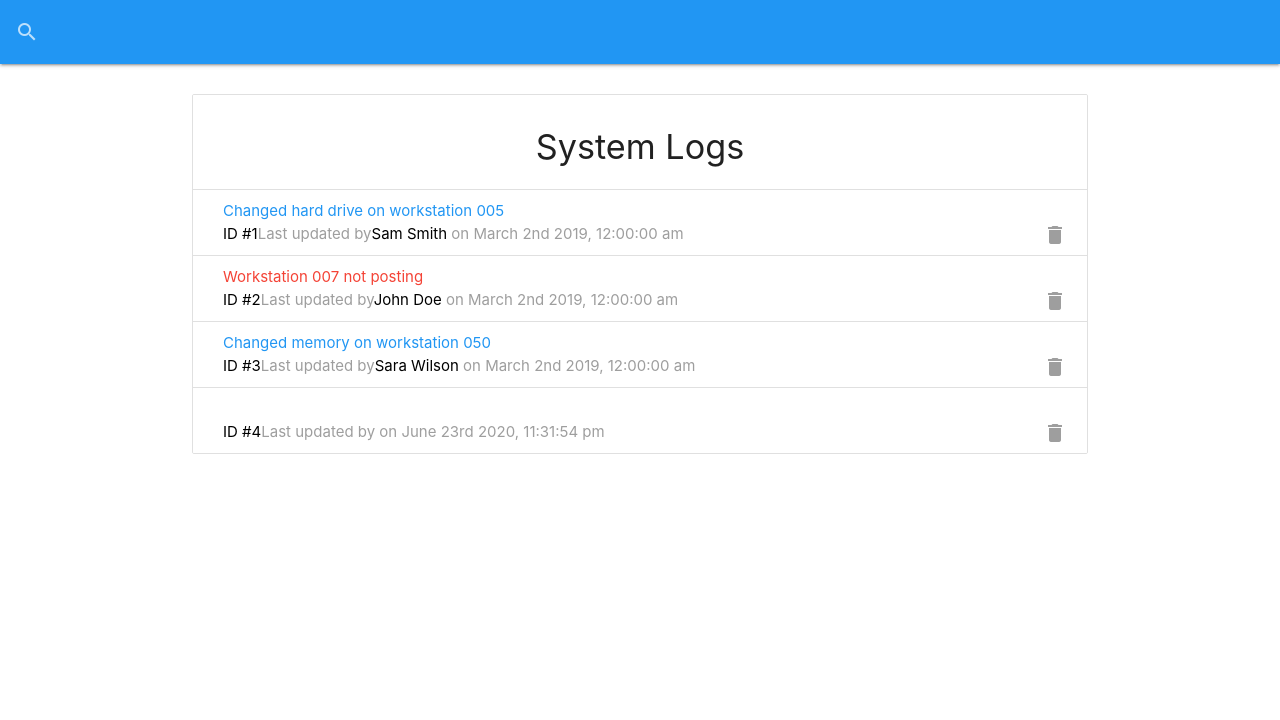
Repository: Takudzwa413/it-logger
Page: /
The author's editor kept a copy of each file at every save. The page is drawn from the files as they stood at one save, then again after the next save.
The browser window is 1280 px wide. The pictures show the whole page.
The project was rebuilt for these pictures with package versions that can differ from the ones it lists, and the page was loaded fresh each time. Requests to the local data server were answered from the project's data file.

Above is the page before, as saved 2020-06-24 14:36:04.

After the next save:
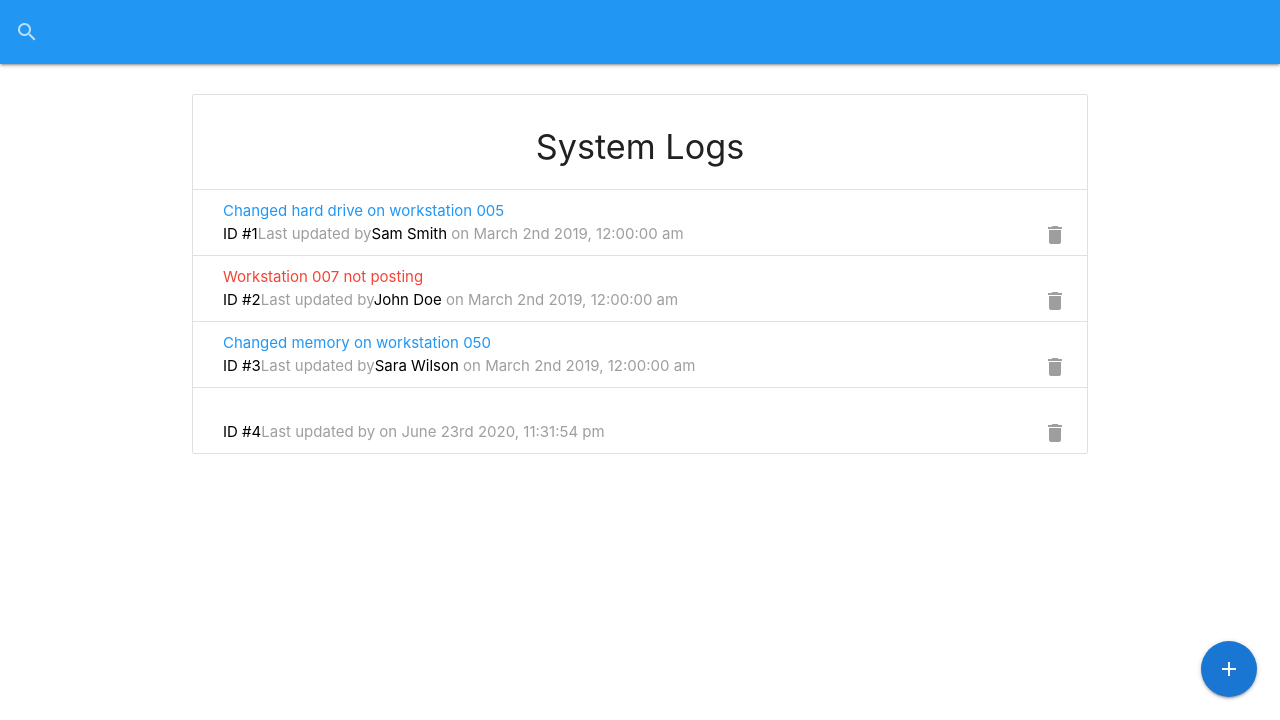
Saved 2 min 14 s later.
--- a/src/App.js
+++ b/src/App.js
@@ -1,6 +1,7 @@
 import React, { useEffect, Fragment } from "react";
 import SearchBar from "./components/layout/SearchBar";
 import Logs from "./components/logs/Logs";
+import AppBtn from "./components/layout/AddBtn";
 
 import "materialize-css/dist/css/materialize.min.css";
 import M from "materialize-css/dist/js/materialize.min.js";
@@ -15,6 +16,7 @@ const App = () => {
     <Fragment>
       <SearchBar />
       <div className='container'>
+        <AppBtn />
         <Logs />
       </div>
     </Fragment>
